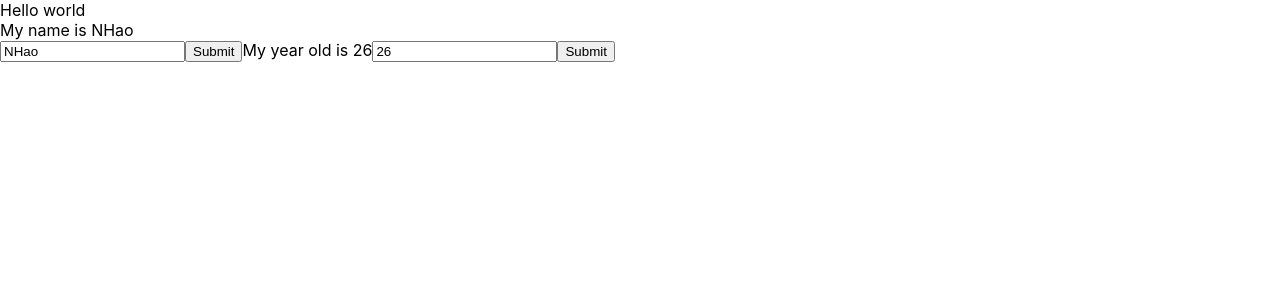
Repository: haonguyen09/reactProject
Page: /
These files come from the project's save history. The page is drawn as it stood at one moment and after the next save; the edit follows.
The browser window is 1280 px wide. The pictures show the whole page.
The project was rebuilt for these pictures with package versions that can differ from the ones it lists, and the page was loaded fresh each time.

Above is the page before, as saved 2023-07-31 23:27:38.

After the next save:
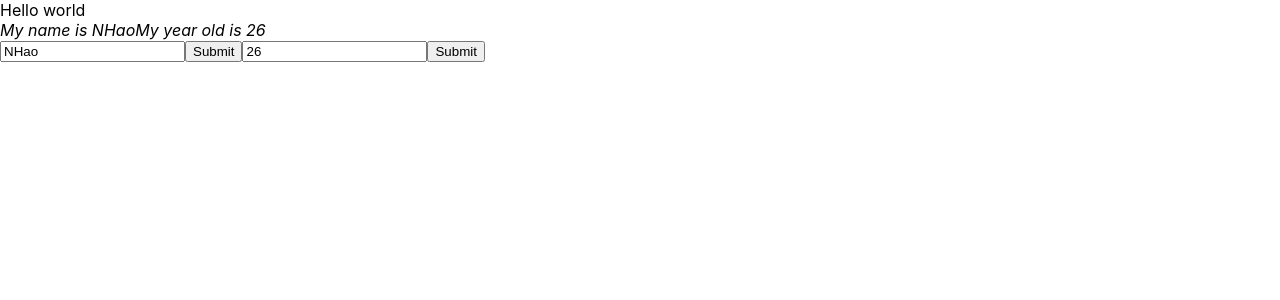
Saved 41 s later.
--- a/src/components/MyComponent.js
+++ b/src/components/MyComponent.js
@@ -35,12 +35,14 @@ class MyComponent extends React.Component {
     render() {
         return (
             <div>
-                My name is {this.state.name}
+                <em>
+                    My name is {this.state.name}
+                    My year old is {this.state.age}
+                </em>
                 <form onSubmit={(event) => this.handOnSubmit(event)}>
                     <input value= {this.state.name} type="text" onChange = {(event) => {this.handleChange(event)}} />
                     <button>Submit</button>
 
-                My year old is {this.state.age}
                     <input value= {this.state.age} type="text" onChange = {(event) => {this.handleChangeAge(event)}} />
                     <button>Submit</button>
                 </form>
